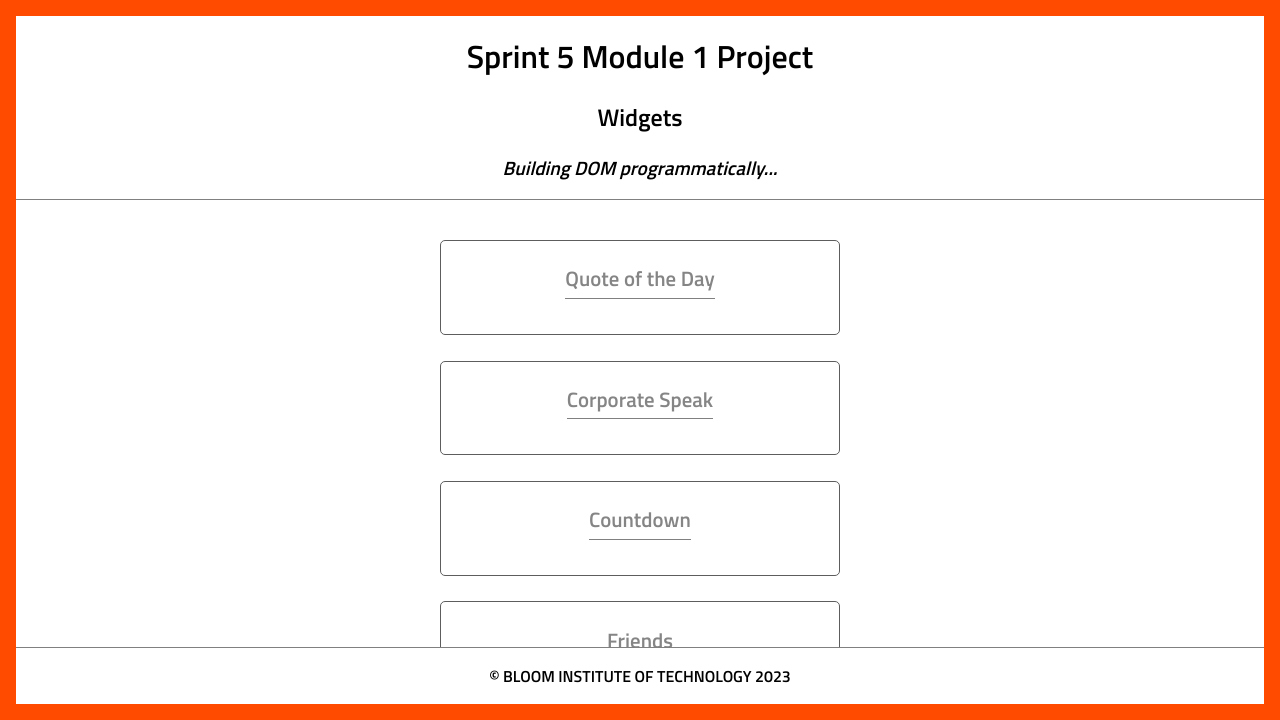
Repository: bloominstituteoftechnology/module-project-the-dom-yoshimario
Page: frontend/index.html
An editor plug-in stored every save of this project. The page is shown before and after the next save, followed by the edit.
The browser window is 1280 px wide. The pictures show the whole page.
An inner scrolling area shows only its first screen.

Above is the page before, as saved 2023-10-14 11:59:17.

### frontend/index.html
<!--
❗ DO NOT CHANGE THIS FILE
❗ DO NOT CHANGE THIS FILE
❗ DO NOT CHANGE THIS FILE
-->
<!DOCTYPE html>
<html lang="en">

<head>
  <meta charset="UTF-8">
  <title>Sprint 5 Module 1 Project</title>
  <link rel="stylesheet" href="reset.css">
  <link rel="stylesheet" href="styles.css">
  <script defer src="data.js"></script>
  <script defer src="index.js"></script>
</head>

<body>
  <header>
    <h1>Sprint 5 Module 1 Project</h1>
    <h2>Widgets</h2>
    <p class="info">Building DOM programmatically...</p>
  </header>
  <section>
    <div class="quoteoftheday">
      <h3>Quote of the Day</h3>
    </div>
    <div class="corporatespeak">
      <h3>Corporate Speak</h3>
    </div>
    <div class="countdown">
      <h3>Countdown</h3>
    </div>
    <div class="friends">
      <h3>Friends</h3>
    </div>
  </section>
  <footer></footer>
</body>

</html>

### frontend/reset.css
/* ❗ DO NOT CHANGE THIS FILE */
/* ❗ DO NOT CHANGE THIS FILE */
/* ❗ DO NOT CHANGE THIS FILE */

/* RESET BY https://www.joshwcomeau.com/css/custom-css-reset */
*,
*::before,
*::after {
  box-sizing: border-box;
}

* {
  margin: 0;
}

html,
body {
  height: 100%;
}

body {
  line-height: 1.5;
  -webkit-font-smoothing: antialiased;
}

img,
picture,
video,
canvas,
svg {
  display: block;
  max-width: 100%;
}

input,
button,
textarea,
select {
  font: inherit;
}

p,
h1,
h2,
h3,
h4,
h5,
h6 {
  overflow-wrap: break-word;
}

#root,
#__next {
  isolation: isolate;
}

### frontend/styles.css
/* ❗ DO NOT CHANGE THIS FILE */
/* ❗ DO NOT CHANGE THIS FILE */
/* ❗ DO NOT CHANGE THIS FILE */

@font-face {
  font-family: 'Titillium Web';
  src: url('./TitilliumWeb.ttf');
}

body {
  font-family: 'Titillium Web', sans-serif;
  border: 1rem solid #ff4b00;
}

body,
section {
  display: flex;
  flex-direction: column;
  align-items: center;
}

h1,
h2,
h3 {
  margin-bottom: 1.2rem;
}

header {
  padding: 1rem;
  text-align: center;
}

header .info {
  font-size: 1.2rem;
  font-style: italic;
}

section {
  width: 100%;
  overflow-y: auto;
  border-top: 1px solid grey;
  border-bottom: 1px solid grey;
}

.widget {
  width: 400px;
  padding: 1.2rem;
  margin: 0.8rem;
  border: 1px solid rgb(93, 93, 93);
  border-radius: 5px;
  background-color: rgba(233, 223, 230, 0.75);
  background-color: white;
  display: flex;
  flex-direction: column;
  align-items: center;
  color: black;
}

.widget:focus {
  box-shadow: rgba(100, 100, 111, 0.2) 0px 7px 29px 0px;
  opacity: 1;
}

.widget h3 {
  line-height: 1.8;
  font-size: 1.3em;
  color: rgb(133, 133, 133);
  border-bottom: 1px solid grey;
  margin-bottom: 1rem;
  transition: font-size 0.1s ease-in-out;
}

.widget.quoteoftheday div:nth-of-type(2) {
  align-self: flex-end;
  font-style: italic;
  margin-top: 1rem;
}

.widget:focus h3 {
  transition: font-size 0.1s ease-in-out;
  font-size: 1.5em;
  color: #ff4b00;
}

.widget:last-child {
  margin-bottom: 2.5rem;
}

.widget:first-child {
  margin-top: 2.5rem;
}

footer {
  padding: 1rem;
}

### frontend/data.js
/* ❗ DO NOT CHANGE THIS FILE */
/* ❗ DO NOT CHANGE THIS FILE */
/* ❗ DO NOT CHANGE THIS FILE */

const quotes = [
  {
    id: 23,
    quote: "Any sufficiently advanced technology is indistinguishable from magic.",
    author: "Arthur C. Clarke",
    date: "1973"
  },
  {
    id: 42,
    quote: "The best way to predict the future is to invent it.",
    author: "Alan Kay",
    date: "1971"
  },
  {
    id: 10,
    quote: "It's not at all important to get it right the first time. It's vitally important to get it right the last time.",
    author: "Andrew Hunt and David Thomas",
    date: "1999"
  },
  {
    id: 88,
    quote: "I'm not a great programmer; I'm just a good programmer with great habits.",
    author: "Kent Beck",
    date: "2004"
  },
  {
    id: 55,
    quote: "The most damaging phrase in the language is: 'It's always been done that way.'",
    author: "Grace Hopper",
    date: "1978"
  },
  {
    id: 11,
    quote: "Optimism is an occupational hazard of programming: feedback is the treatment.",
    author: "Kent Beck",
    date: "2003"
  },
  {
    id: 77,
    quote: "The best thing about a boolean is even if you are wrong, you are only off by a bit.",
    author: "Anonymous",
    date: null
  },
  {
    id: 8,
    quote: "The most important single aspect of software development is to be clear about what you are trying to build.",
    author: "Bjarne Stroustrup",
    date: null
  },
  {
    id: 13,
    quote: "Programs must be written for people to read, and only incidentally for machines to execute.",
    author: "Harold Abelson and Gerald Jay Sussman",
    date: "1984"
  },
  {
    id: 66,
    quote: "You might not think that programmers are artists, but programming is an extremely creative profession. It's logic-based creativity.",
    author: "John Romero",
    date: null
  }
]

const adverbs = [
  "innovatively",
  "strategically",
  "synergistically",
  "dynamically",
  "holistically",
  "scalably",
  "proactively",
  "disruptively",
  "out-of-the-boxedly",
  "agilely"
]

const nouns = [
  "solutions",
  "paradigms",
  "platforms",
  "strategies",
  "initiatives",
  "synergies",
  "deliverables",
  "value propositions",
  "ecosystems",
  "mindshare"
]

const verbs = [
  "leverage",
  "optimize",
  "streamline",
  "innovate",
  "disrupt",
  "synergize",
  "transform",
  "empower",
  "monetize",
  "evolve"
]

const people = [
  {
    "id": 23,
    "fname": "Alex",
    "lname": "Lee",
    "dateOfBirth": "1985-10-13",
    "friends": [8, 11, 34]
  },
  {
    "id": 1,
    "fname": "Emily",
    "lname": "Nguyen",
    "dateOfBirth": "1992-04-02",
    "friends": []
  },
  {
    "id": 13,
    "fname": "Carlos",
    "lname": "Garcia",
    "dateOfBirth": "1978-07-23",
    "friends": [1, 2, 14]
  },
  {
    "id": 34,
    "fname": "Ashley",
    "lname": "Kim",
    "dateOfBirth": "1991-11-06",
    "friends": [23, 11, 80]
  },
  {
    "id": 2,
    "fname": "Mohammed",
    "lname": "Ali",
    "dateOfBirth": "1989-02-28",
    "friends": [5, 6, 13, 14]
  },
  {
    "id": 11,
    "fname": "Sarah",
    "lname": "Johnson",
    "dateOfBirth": "1986-09-03",
    "friends": [1, 23, 34]
  },
  {
    "id": 8,
    "fname": "Jason",
    "lname": "Wong",
    "dateOfBirth": "1983-12-25",
    "friends": [23, 14]
  },
  {
    "id": 80,
    "fname": "Samantha",
    "lname": "Singh",
    "dateOfBirth": "1980-06-16",
    "friends": [34, 99]
  },
  {
    "id": 14,
    "fname": "Michael",
    "lname": "Chen",
    "dateOfBirth": "1995-01-18",
    "friends": [13, 2, 8]
  },
  {
    "id": 99,
    "fname": "Kimberly",
    "lname": "Ng",
    "dateOfBirth": "1987-08-09",
    "friends": [80]
  },
  {
    "id": 6,
    "fname": "Luis",
    "lname": "Gonzalez",
    "dateOfBirth": "1990-03-29",
    "friends": []
  },
  {
    "id": 5,
    "fname": "Jessica",
    "lname": "Taylor",
    "dateOfBirth": "1982-05-08",
    "friends": [2, 15]
  },
  {
    "id": 15,
    "fname": "William",
    "lname": "Brown",
    "dateOfBirth": "1997-12-17",
    "friends": [5, 7, 99]
  },
  {
    "id": 7,
    "fname": "Maria",
    "lname": "Rodriguez",
    "dateOfBirth": "1988-08-01",
    "friends": [6, 15]
  },
  {
    "id": 12,
    "fname": "Daniel",
    "lname": "Garcia",
    "dateOfBirth": "1981-06-22",
    "friends": []
  }
]

if (typeof module !== 'undefined' && module.exports)
  module.exports = { quotes, adverbs, nouns, verbs, people }

### frontend/index.js
function moduleProject1() {
  const footer = document.querySelector('footer')
  const currentYear = new Date().getFullYear()
  footer.textContent = `© BLOOM INSTITUTE OF TECHNOLOGY ${currentYear}`

  // 👇 WORK WORK BELOW THIS LINE 👇

  // 👉 TASK 1 - Add a "widget" class name to widgets so CSS kicks in
  //  ✨ add your code here
  const widgets = document.querySelectorAll('section>div')
  console.log(widgets)
  widgets.forEach((widget) => {
    widget.classList.add('widget')
  })

  // 👉 TASK 2 - Build a "Quote of the Day" widget
  //  ✨ add your code here

  // 👉 TASK 3 - Build a "Corporate Speak" widget
  //  ✨ add your code here

  // 👉 TASK 4 - Build a "Countdown" widget
  //  ✨ add your code here

  // 👉 TASK 5 - Build a "Friends" widget
  //  ✨ add your code here

  // 👉 TASK 6 - Make it so user can tab through the widgets
  //  ✨ add your code here

  // 👆 WORK WORK ABOVE THIS LINE 👆
}

// ❗ DO NOT WORK BELOW THIS LINE
// ❗ DO NOT WORK BELOW THIS LINE
// ❗ DO NOT WORK BELOW THIS LINE
if (typeof module !== 'undefined' && module.exports) module.exports = { moduleProject1 }
else moduleProject1()

After the next save:
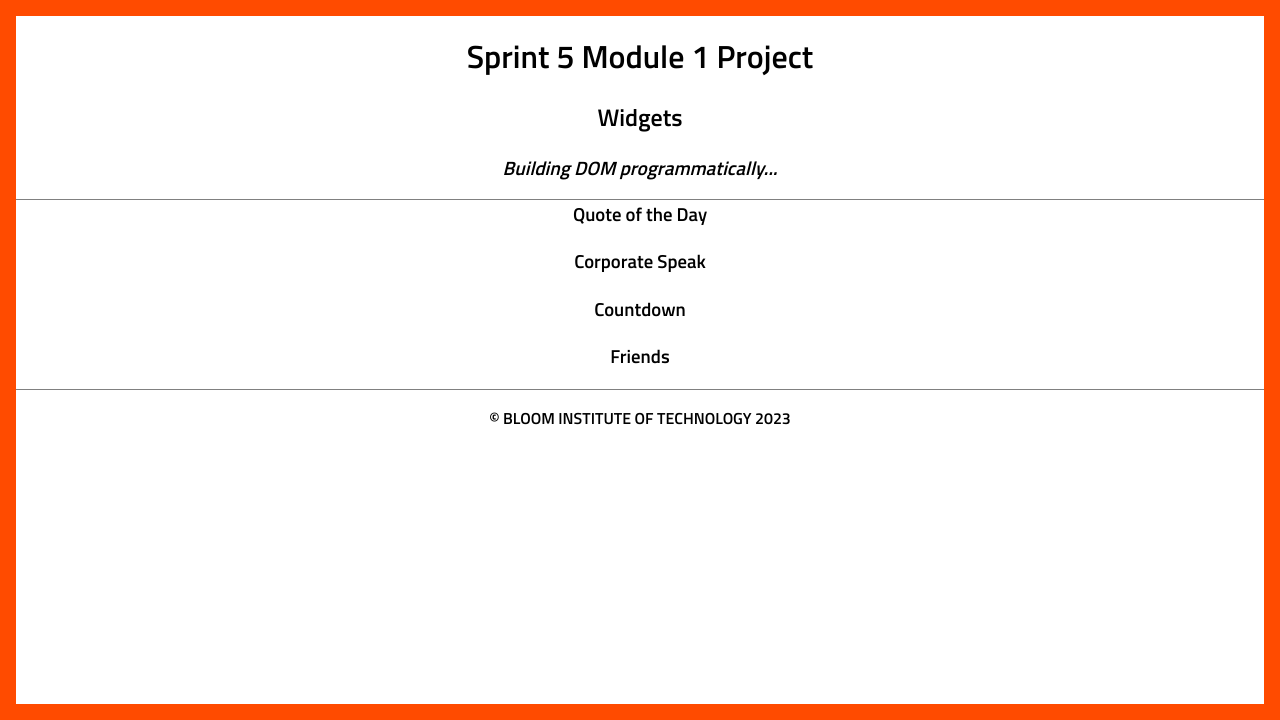
Saved 20 s later.
--- a/frontend/index.js
+++ b/frontend/index.js
@@ -10,7 +10,7 @@
   const widgets = document.querySelectorAll('section>div')
   console.log(widgets)
   widgets.forEach((widget) => {
-    widget.classList.add('widget')
+
   })
 
   // 👉 TASK 2 - Build a "Quote of the Day" widget

After the 3 saves that followed:
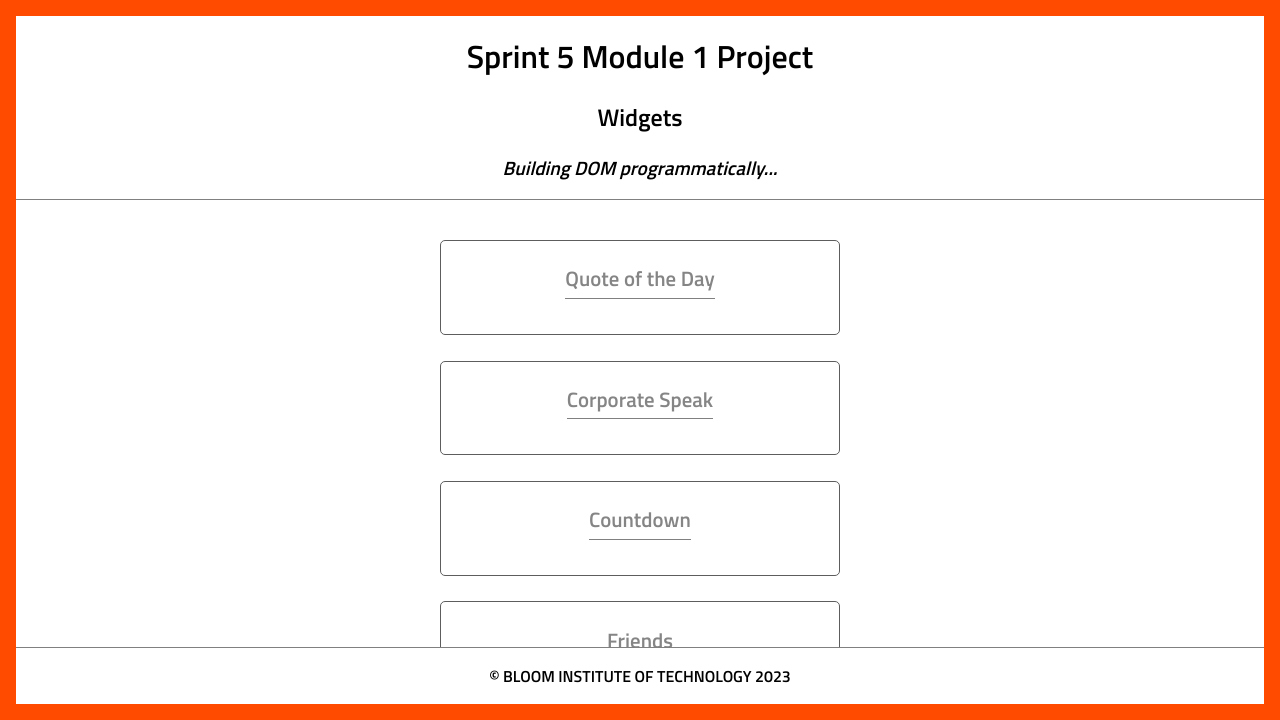
The 3 saves are shown as one change because 1 left the picture as it was and some came seconds apart.
The last was saved 2 min 10 s later.
--- a/frontend/index.js
+++ b/frontend/index.js
@@ -10,7 +10,7 @@
   const widgets = document.querySelectorAll('section>div')
   console.log(widgets)
   widgets.forEach((widget) => {
-
+    widget.classList.add('widget')
   })
 
   // 👉 TASK 2 - Build a "Quote of the Day" widget
